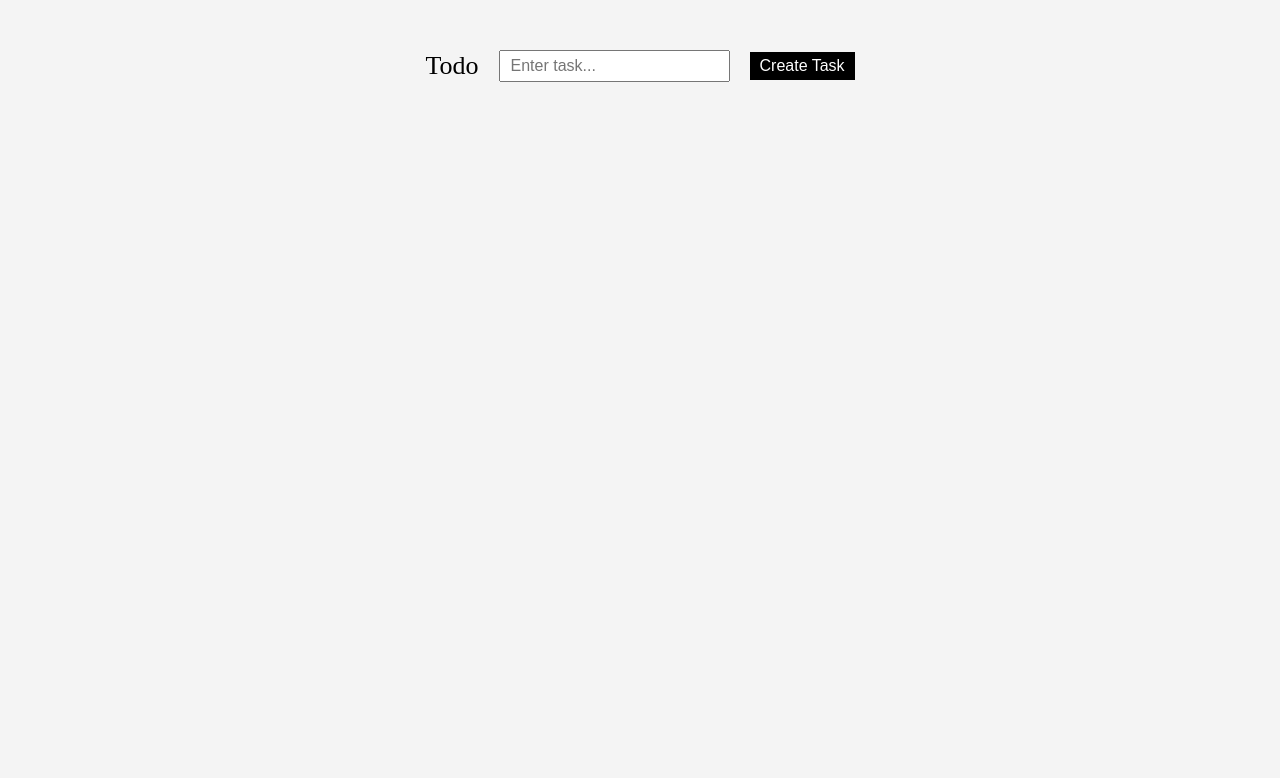
Repository: pawvan/todo_app
Page: markup/tod.html
These files come from the project's save history. The page is drawn as it stood at one moment and after a run of saves; the edit follows.
The browser window is 1280 px wide. The pictures show the whole page.

Above is the page before, as saved 2025-01-11 22:29:47.

After the next 3 saves:
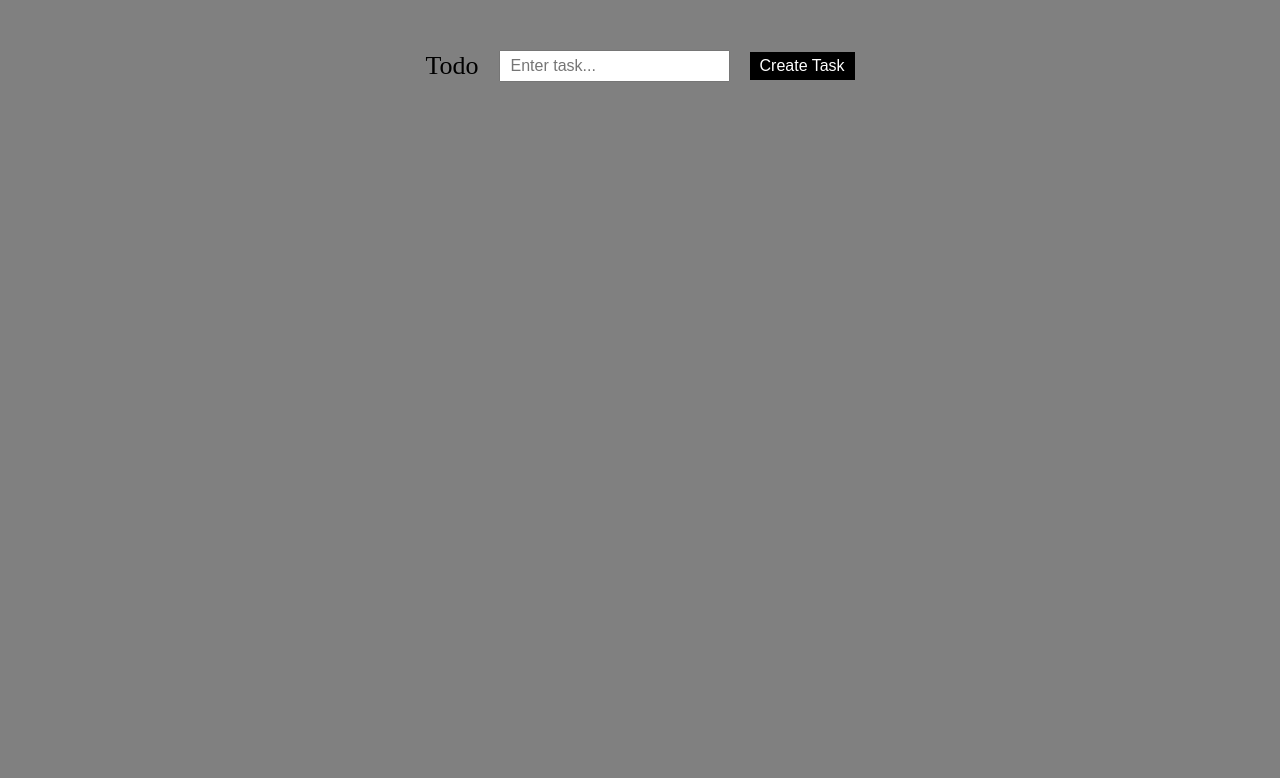
The 3 saves are shown as one change because they came seconds apart.
The last was saved 6 min 38 s later.
--- a/styles/todo.css
+++ b/styles/todo.css
@@ -5,7 +5,7 @@
     display: flex;
     justify-content: center;
 
-
+ background-color:grey
 }
 
 .todo-upper {

After the save that followed:
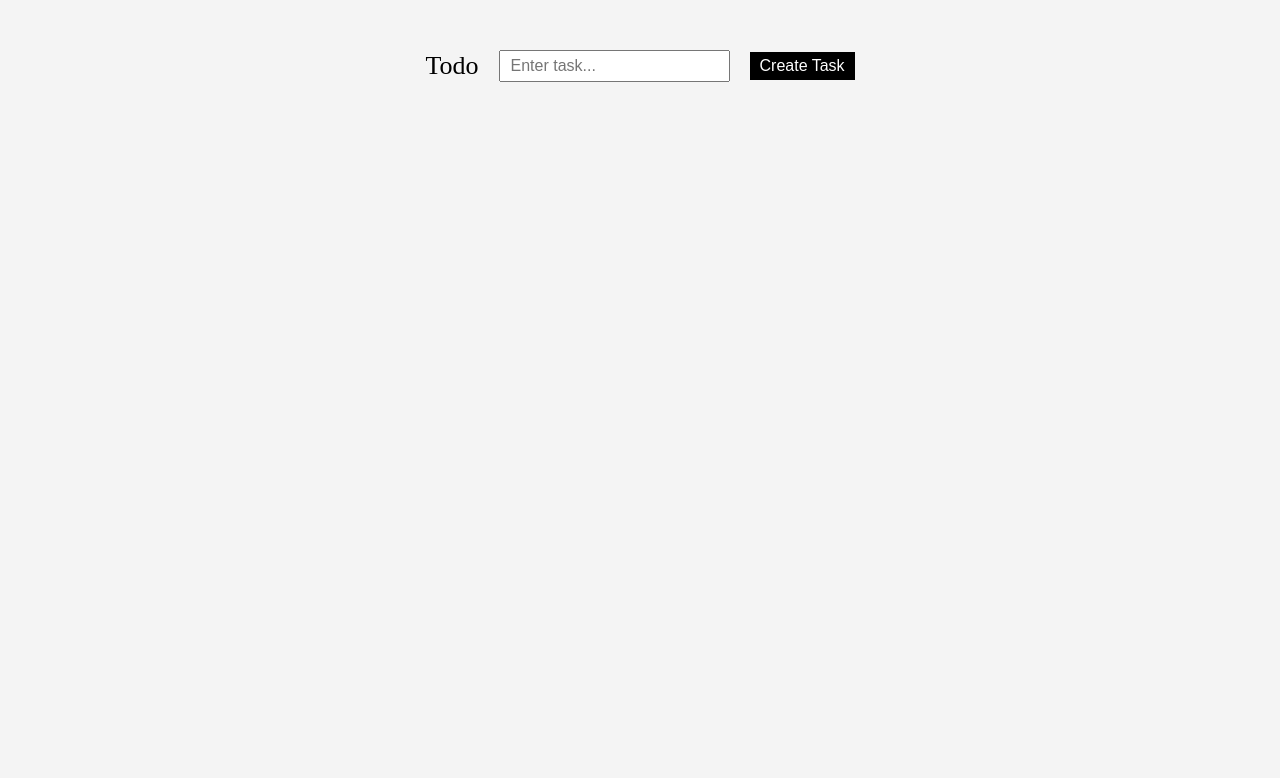
Saved 17 s later.
--- a/styles/todo.css
+++ b/styles/todo.css
@@ -5,7 +5,7 @@
     display: flex;
     justify-content: center;
 
- background-color:grey
+ background-color:
 }
 
 .todo-upper {
